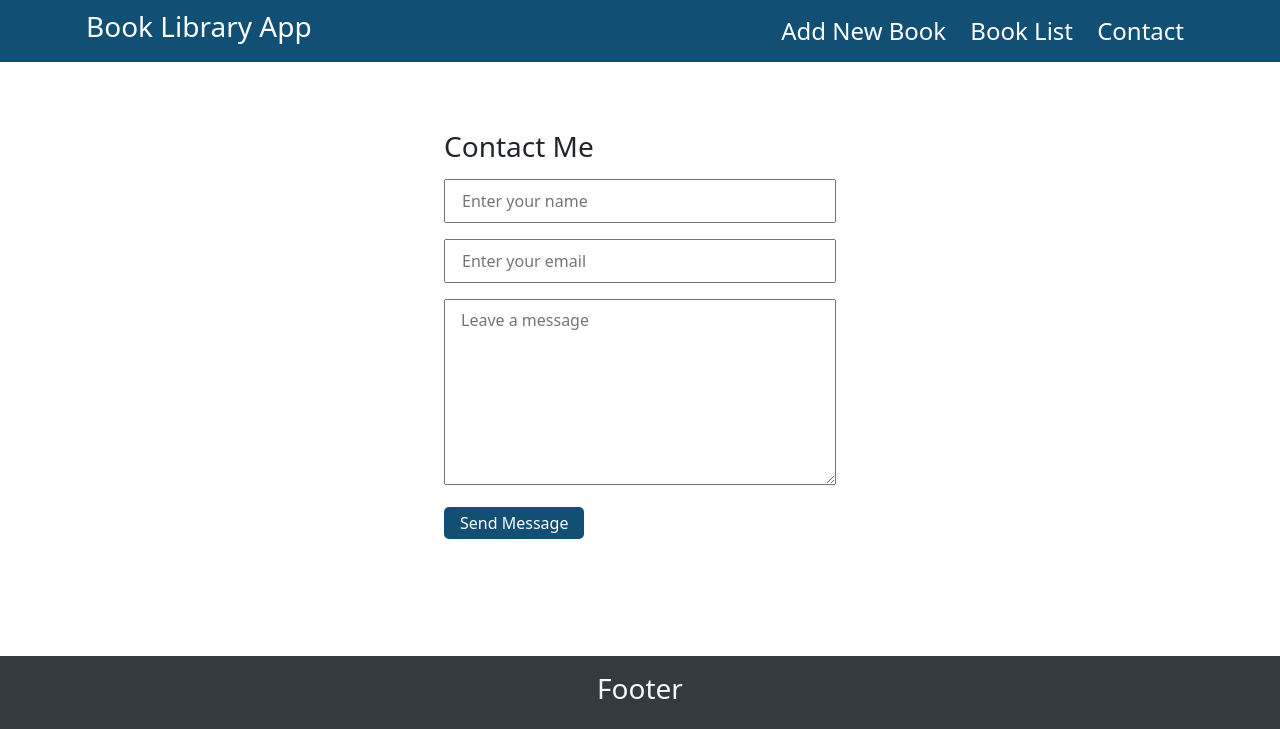
Repository: just-mann/booklibrary-app
Page: http://localhost/contact
The author's editor kept a copy of each file at every save. The page is drawn from the files as they stood at one save, then again after the next save.
The browser window is 1280 px wide. The pictures show the whole page.
The page is served by the project's Node server (app.js).

Above is the page before, as saved 2021-06-06 04:54:58.

After the next save:
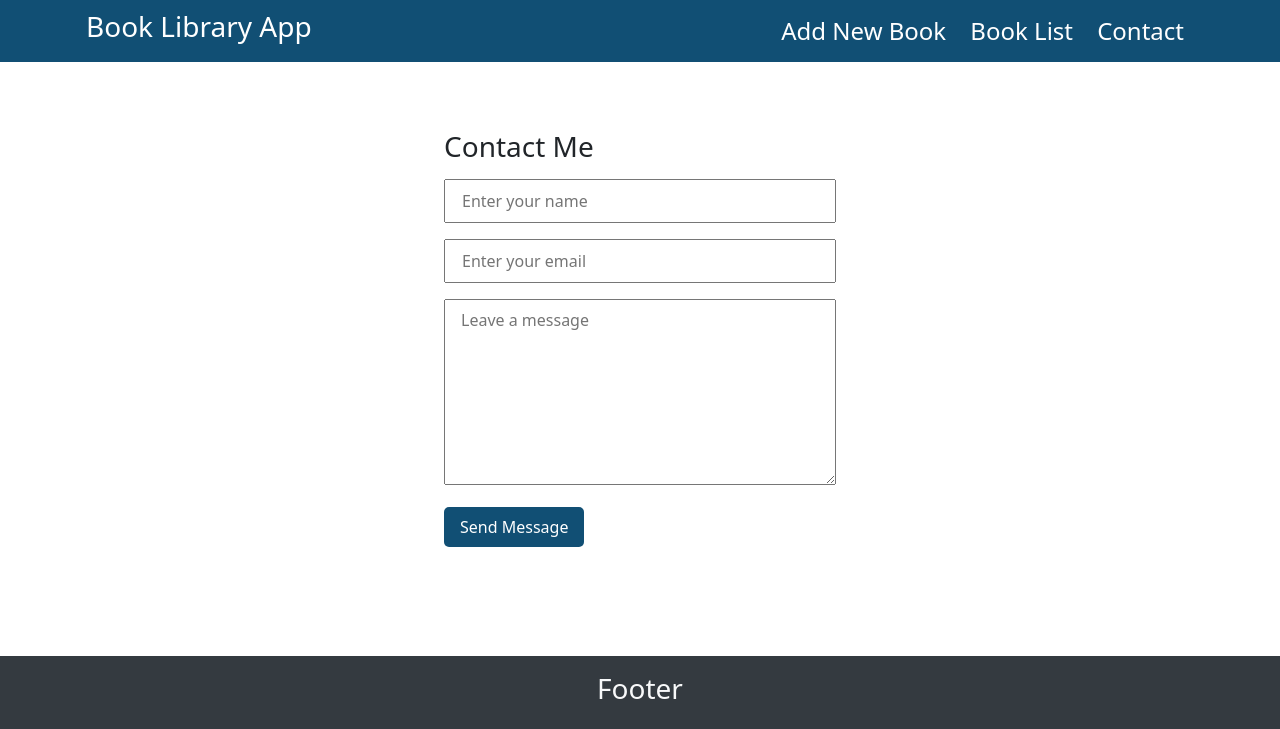
Saved 8 s later.
--- a/views/contact.ejs
+++ b/views/contact.ejs
@@ -17,7 +17,7 @@
                   <textarea class="px-3 py-2 w-100" name="message" id="" cols="30" rows="7" placeholder="Leave a message" required></textarea>
                 </div>
                 <div class="my-3">
-                  <input class="px-3 py-1 submitBtn" type="submit" value="Send Message">
+                  <input class="px-3 py-2 submitBtn" type="submit" value="Send Message">
                 </div>
             </form>
           </div>
